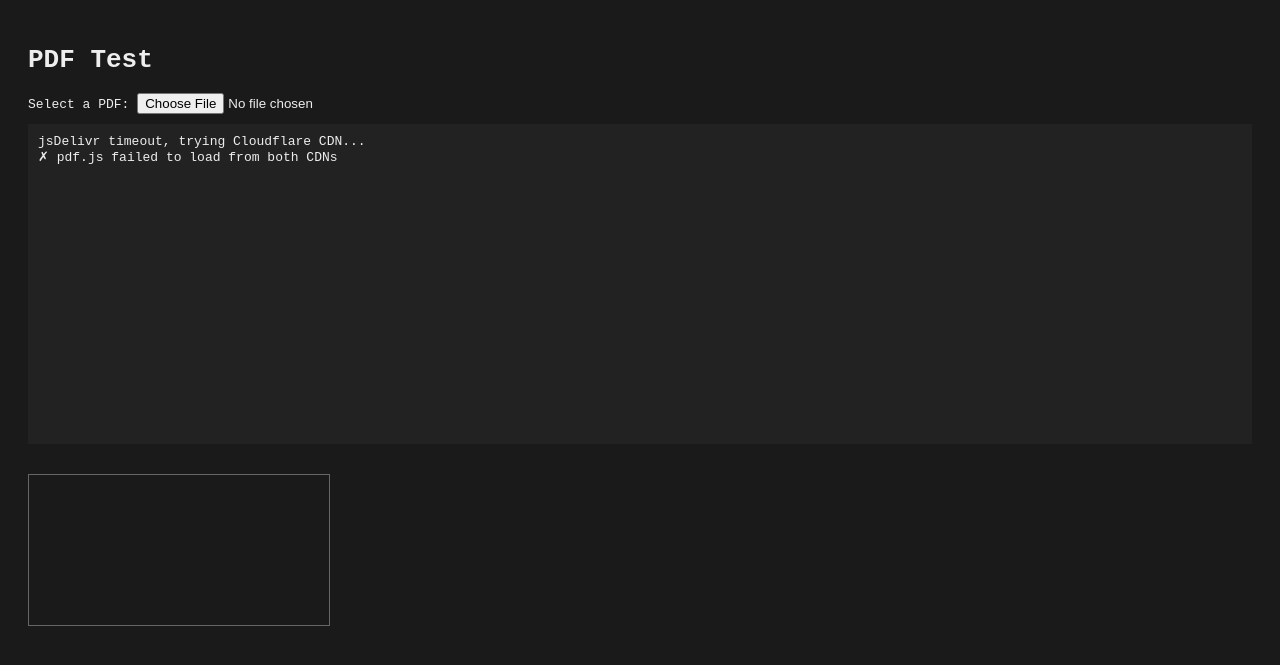
Repository: IBNKHALID06/SlideStage
Page: test-pdf.html
The author's editor kept a copy of each file at every save. The page is drawn from the files as they stood at one save, then again after the next save.
The browser window is 1280 px wide. The pictures show the whole page.

Above is the page before, as saved 2025-11-26 20:43:41.

### test-pdf.html
<!doctype html>
<html lang="en">
<head>
  <meta charset="utf-8" />
  <meta name="viewport" content="width=device-width, initial-scale=1" />
  <title>PDF Test</title>
  <style>
    body { font-family: monospace; padding: 20px; background: #1a1a1a; color: #eee; }
    #output { white-space: pre-wrap; background: #222; padding: 10px; margin: 10px 0; height: 300px; overflow-y: auto; }
    canvas { border: 1px solid #666; max-width: 100%; margin-top: 20px; }
  </style>
</head>
<body>
  <h1>PDF Test</h1>
  <label>Select a PDF: <input type="file" id="pdfFile" accept="application/pdf" /></label>
  <div id="output"></div>
  <canvas id="testCanvas"></canvas>

  <!-- pdf.js from CDN -->
  <!-- pdf.js from CDN (jsDelivr + Cloudflare fallback) -->
  <script src="https://cdn.jsdelivr.net/npm/pdfjs-dist@3.11.313/build/pdf.min.js"></script>
  <script>
    const log = (msg) => {
      document.getElementById('output').textContent += msg + '\n';
      console.log(msg);
    };

    // Wait for pdf.js with fallback
    const waitForPdfJs = async () => {
      // Try jsDelivr first
      let retries = 0;
      while (typeof pdfjsLib === 'undefined' && retries < 40) {
        await new Promise(r => setTimeout(r, 50));
        retries++;
      }

      if (typeof pdfjsLib !== 'undefined') {
        return true;
      }

      // Fallback: load from Cloudflare
      log('jsDelivr timeout, trying Cloudflare CDN...');
      const script = document.createElement('script');
      script.src = 'https://cdnjs.cloudflare.com/ajax/libs/pdf.js/3.11.313/pdf.min.js';
      script.crossOrigin = 'anonymous';
      document.head.appendChild(script);

      retries = 0;
      while (typeof pdfjsLib === 'undefined' && retries < 40) {
        await new Promise(r => setTimeout(r, 50));
        retries++;
      }

      return typeof pdfjsLib !== 'undefined';
    };

    // Initialize on page load
    (async () => {
      const loaded = await waitForPdfJs();
      if (loaded) {
        pdfjsLib.GlobalWorkerOptions.workerSrc = 'https://cdn.jsdelivr.net/npm/pdfjs-dist@3.11.313/build/pdf.worker.min.js';
        log('✓ pdf.js loaded, version: ' + pdfjsLib.version);
      } else {
        log('✗ pdf.js failed to load from both CDNs');
      }
    })();

    document.getElementById('pdfFile').addEventListener('change', async (e) => {
      const file = e.target.files?.[0];
      if (!file) return;

      log(`\nLoading: ${file.name} (${(file.size / 1024).toFixed(1)} KB)`);

      try {
        const arrayBuffer = await file.arrayBuffer();
        log(`✓ File read, ${arrayBuffer.byteLength} bytes`);

        // Ensure pdf.js is loaded before use
        const isLoaded = typeof pdfjsLib !== 'undefined';
        if (!isLoaded) {
          log('✗ pdf.js still not available, waiting...');
          const ok = await waitForPdfJs();
          if (!ok) {
            log('✗ pdf.js failed to load');
            return;
          }
        }

        const task = pdfjsLib.getDocument({ data: arrayBuffer });
        const pdf = await task.promise;
        log(`✓ PDF parsed, ${pdf.numPages} pages`);

        // Render first page
        const page = await pdf.getPage(1);
        const viewport = page.getViewport({ scale: 2 });
        const canvas = document.getElementById('testCanvas');
        const ctx = canvas.getContext('2d');
        canvas.width = viewport.width;
        canvas.height = viewport.height;

        log('Rendering page 1...');
        await page.render({ canvasContext: ctx, viewport }).promise;
        log('✓ Page 1 rendered successfully');
      } catch (err) {
        log(`✗ Error: ${err.message}`);
      }
    });
  </script>
</body>
</html>

### js/pdf-loader.js
// Minimal PDF.js shim - for MVP only
// This loads pdf.js from unpkg (alternative CDN)
// Falls back to pdfobject as last resort
window.ensurePdfJs = async () => {
  if (typeof pdfjsLib !== 'undefined') {
    return true;
  }

  // Try unpkg CDN (different provider)
  console.log('Attempting to load from unpkg...');
  return new Promise((resolve) => {
    const script = document.createElement('script');
    script.src = 'https://unpkg.com/pdfjs-dist@3.11.313/build/pdf.min.js';
    script.onload = () => {
      console.log('pdf.js loaded from unpkg');
      if (typeof pdfjsLib !== 'undefined') {
        pdfjsLib.GlobalWorkerOptions.workerSrc = 'https://unpkg.com/pdfjs-dist@3.11.313/build/pdf.worker.min.js';
        resolve(true);
      } else {
        resolve(false);
      }
    };
    script.onerror = () => {
      console.error('unpkg failed, trying fallback...');
      // If all else fails, try one more CDN
      const fallback = document.createElement('script');
      fallback.src = 'https://cdnjs.cloudflare.com/ajax/libs/pdf.js/3.11.313/pdf.min.js';
      fallback.onload = () => {
        console.log('pdf.js loaded from Cloudflare fallback');
        if (typeof pdfjsLib !== 'undefined') {
          pdfjsLib.GlobalWorkerOptions.workerSrc = 'https://cdnjs.cloudflare.com/ajax/libs/pdf.js/3.11.313/pdf.worker.min.js';
          resolve(true);
        } else {
          resolve(false);
        }
      };
      fallback.onerror = () => {
        console.error('All CDNs failed');
        resolve(false);
      };
      document.head.appendChild(fallback);
    };
    document.head.appendChild(script);
  });
};

// Start loading immediately
window.ensurePdfJs().then(ok => {
  if (ok && typeof pdfjsLib !== 'undefined') {
    console.log('✓ pdf.js ready, version:', pdfjsLib.version);
  } else {
    console.warn('⚠ pdf.js not available - PDF upload will fail');
  }
});

After the next save:
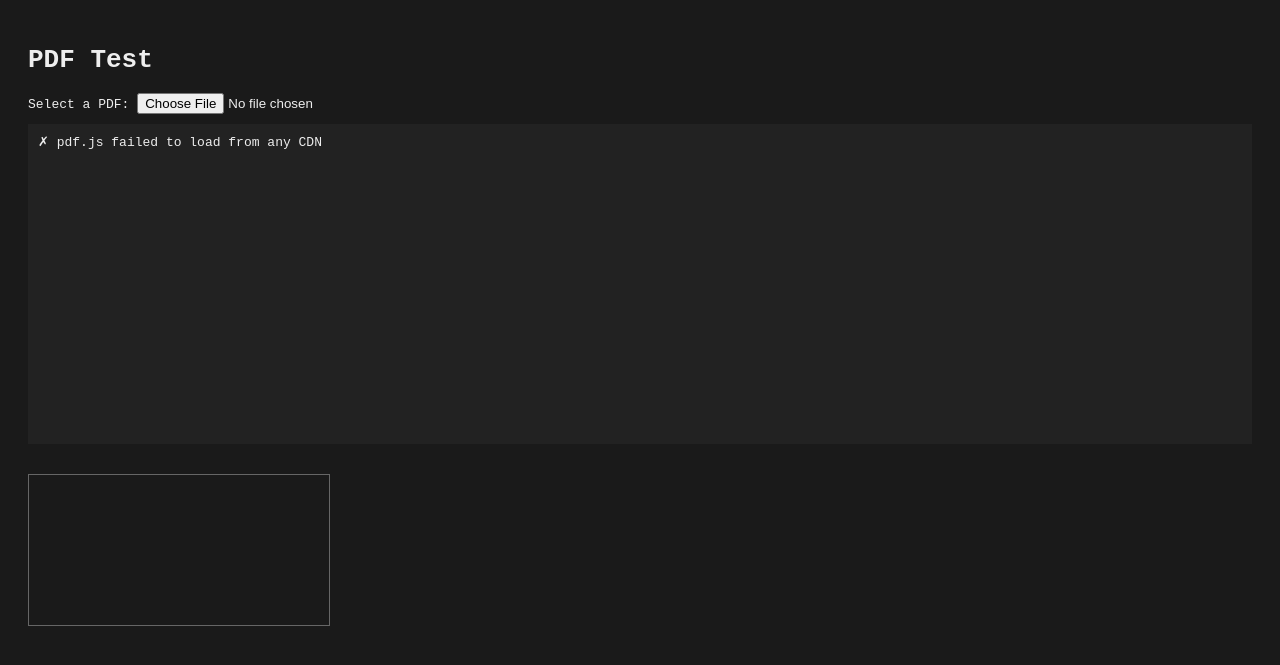
Saved 9 s later.
--- a/test-pdf.html
+++ b/test-pdf.html
@@ -17,51 +17,21 @@
   <canvas id="testCanvas"></canvas>
 
   <!-- pdf.js from CDN -->
-  <!-- pdf.js from CDN (jsDelivr + Cloudflare fallback) -->
-  <script src="https://cdn.jsdelivr.net/npm/pdfjs-dist@3.11.313/build/pdf.min.js"></script>
+  <!-- pdf.js loader (tries multiple CDNs) -->
+  <script src="./js/pdf-loader.js"></script>
   <script>
     const log = (msg) => {
       document.getElementById('output').textContent += msg + '\n';
       console.log(msg);
     };
 
-    // Wait for pdf.js with fallback
-    const waitForPdfJs = async () => {
-      // Try jsDelivr first
-      let retries = 0;
-      while (typeof pdfjsLib === 'undefined' && retries < 40) {
-        await new Promise(r => setTimeout(r, 50));
-        retries++;
-      }
-
-      if (typeof pdfjsLib !== 'undefined') {
-        return true;
-      }
-
-      // Fallback: load from Cloudflare
-      log('jsDelivr timeout, trying Cloudflare CDN...');
-      const script = document.createElement('script');
-      script.src = 'https://cdnjs.cloudflare.com/ajax/libs/pdf.js/3.11.313/pdf.min.js';
-      script.crossOrigin = 'anonymous';
-      document.head.appendChild(script);
-
-      retries = 0;
-      while (typeof pdfjsLib === 'undefined' && retries < 40) {
-        await new Promise(r => setTimeout(r, 50));
-        retries++;
-      }
-
-      return typeof pdfjsLib !== 'undefined';
-    };
-
     // Initialize on page load
     (async () => {
-      const loaded = await waitForPdfJs();
+      const loaded = await window.ensurePdfJs();
       if (loaded) {
-        pdfjsLib.GlobalWorkerOptions.workerSrc = 'https://cdn.jsdelivr.net/npm/pdfjs-dist@3.11.313/build/pdf.worker.min.js';
         log('✓ pdf.js loaded, version: ' + pdfjsLib.version);
       } else {
-        log('✗ pdf.js failed to load from both CDNs');
+        log('✗ pdf.js failed to load from any CDN');
       }
     })();
 
